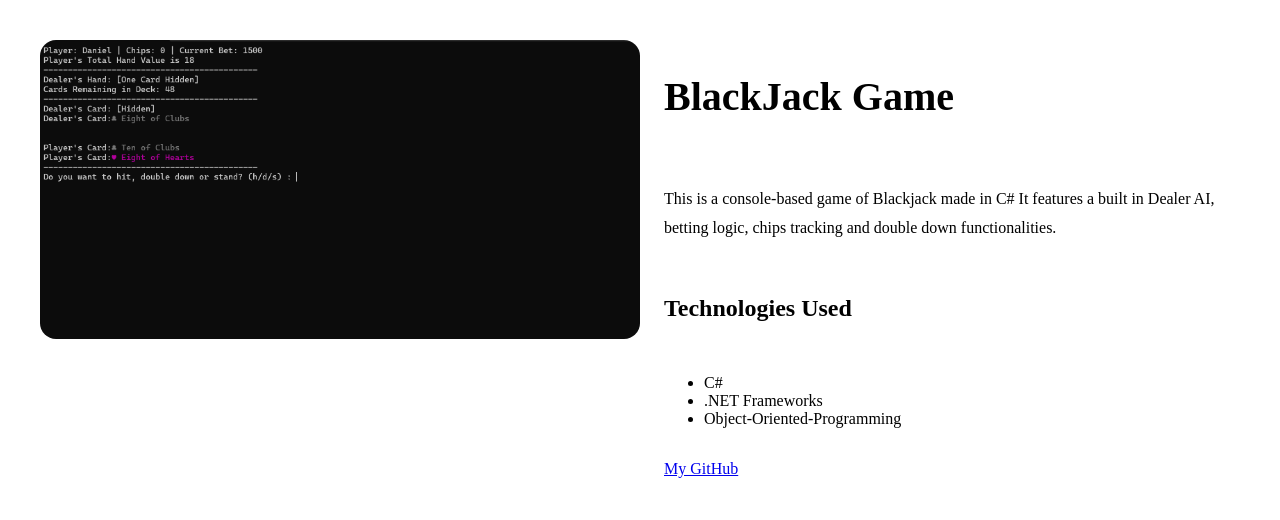
Repository: danielchohan/danielchohan
Page: pages/blackjack.html
An editor plug-in stored every save of this project. The page is shown before and after the next save, followed by the edit.
The browser window is 1280 px wide. The pictures show the whole page.

Above is the page before, as saved 2026-05-08 19:16:04.

### pages/blackjack.html
<!DOCTYPE html>
<html lang="en">
<head>
    <meta charset="UTF-8">
    <meta name="viewport" content="width=device-width, initial-scale=1.0">
    <title>Blackjack Project</title>
    <link rel="stylesheet" href="../styles/projectcard.css">
</head>

<section class="projectcard">

<img alt="Screenshot of a round of Blackjack" src="../assets/images/blackjack.png">

<div class="projectinfo">
    <h1>BlackJack Game</h1>

    <p> This is a console-based game of Blackjack made in C#
        It features a built in Dealer AI, betting logic, chips tracking and double down functionalities.
     </p>

     <h2> Technologies Used </h2>
     <ul>
        <li>C#</li>
        <li>.NET Frameworks</li>
        <li>Object-Oriented-Programming</li>
     </ul>

     <div class="projectbutton">
        <a href="https://github.com/danielchohan">My GitHub</a>
     </div>

</div>

</section>
<body>

</body>
</html>

### styles/projectcard.css
body{
    background:transparent;
    font-family: EldenFont;
}

.projectcard{
    display:flex;
    flex-direction:column;
    gap:1.5rem;
    padding:1.5rem;
}

.projectcard img{
    width:100%;
    border-radius:1rem;
    object-fit: cover;
}

.projectinfo{
    display:flex;
    flex-direction:column;
    gap:1rem;
}

.projectinfo h1{
    font-size:2rem;
}

.projectinfo p{
    line-height:1.8;
    font-size: 1rem;
}

.projectbutton{
    display:flex;
    gap:1rem;
    flex-wrap:wrap;
}

.projectbuttons a{
    padding: 0.6em 1.2em;
    font-size: 1rem;
    border:none;
    border-radius:0.4rem;
    background:white;
    color:black;
}

@media(min-width: 768px){
    .projectcard{
        padding:2rem;
    }
    .projectinfo h1{
        font-size:2.5rem;
    }
}

@media (min-width:1024px) {
    .projectcard{
        flex-direction: row;
        align-items:flex-start;
    }

    .projectcard img{
        width:50%;
    }
    .projectinfo{
        width:50%;
    }
}

After the next save:
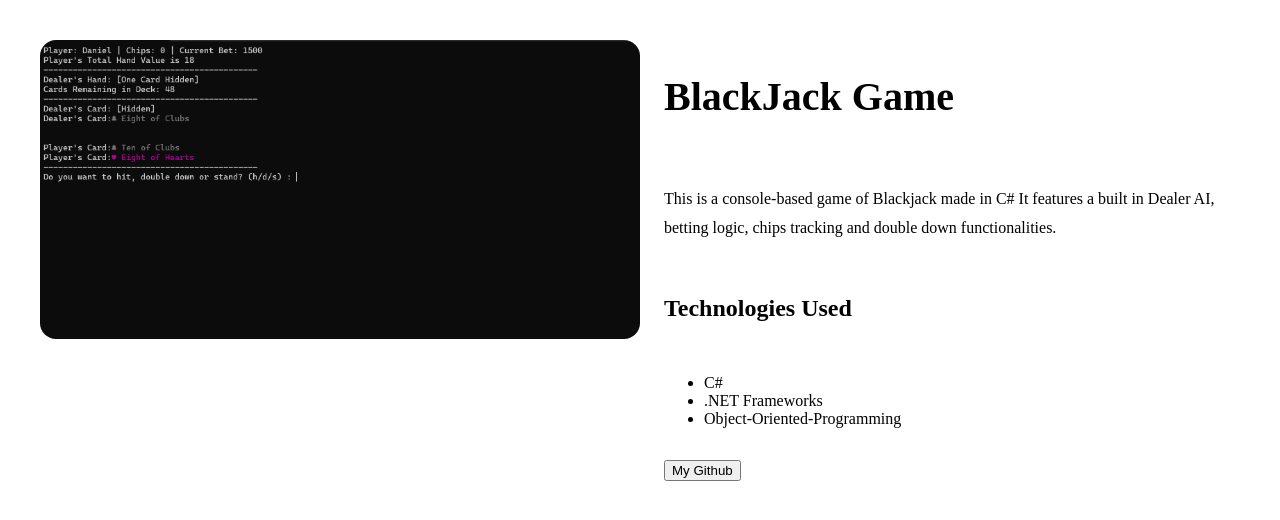
Saved 43 s later.
--- a/pages/blackjack.html
+++ b/pages/blackjack.html
@@ -26,7 +26,9 @@
      </ul>
 
      <div class="projectbutton">
-        <a href="https://github.com/danielchohan">My GitHub</a>
+        <a href="https://github.com/danielchohan">
+            <button>My Github</button>
+        </a>
      </div>
 
 </div>
